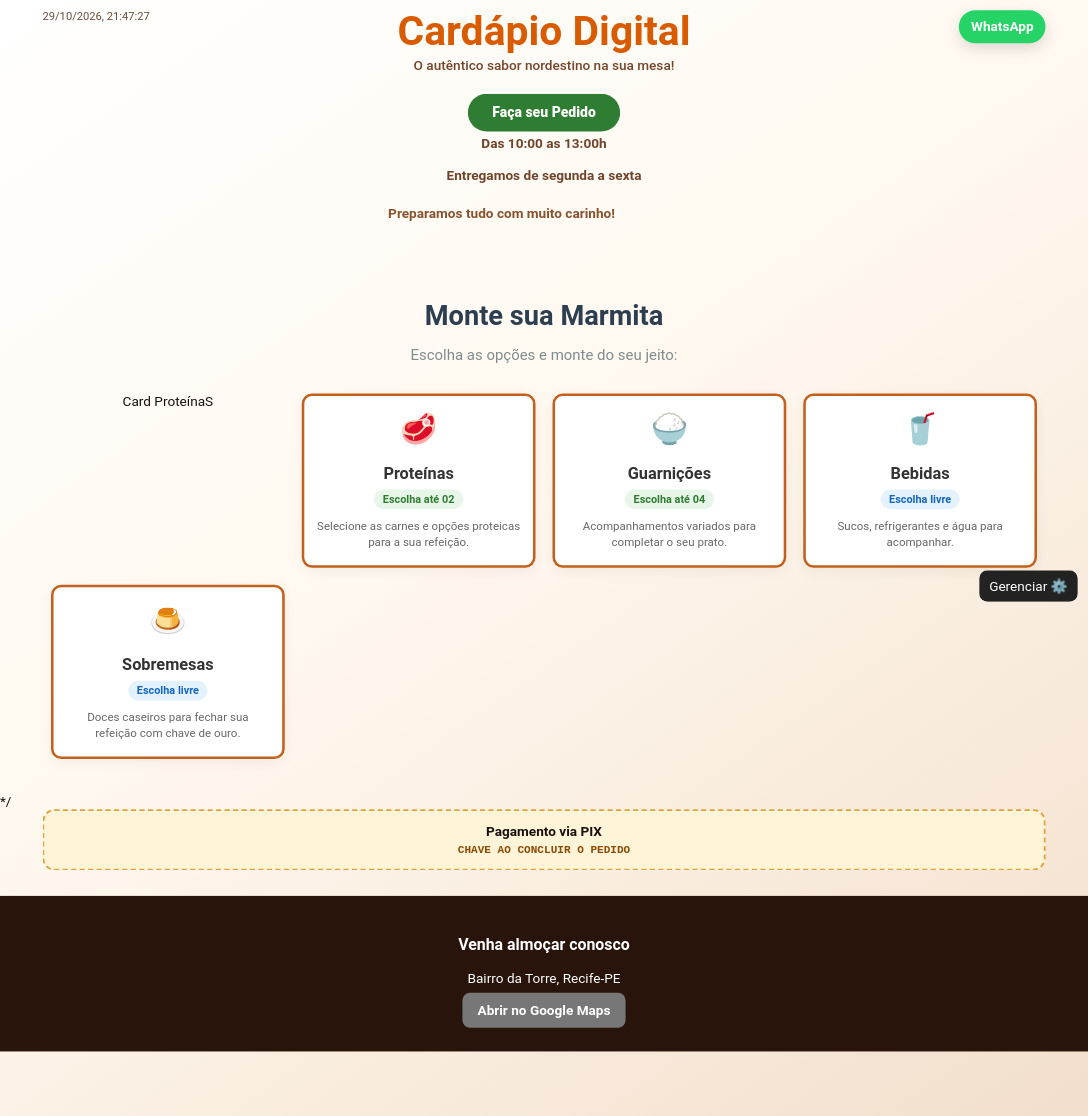
Repository: JeffRodFer/sd-copy-01-frontend
Page: index.html
The author's editor kept a copy of each file at every save. The page is drawn from the files as they stood at one save, then again after the next save.
The browser window is 1280 px wide. The pictures show the whole page, at 85% of full size.
The page's requests for data from a server got no answer.

Above is the page before, as saved 2026-10-31 11:43:27.

After the next save:
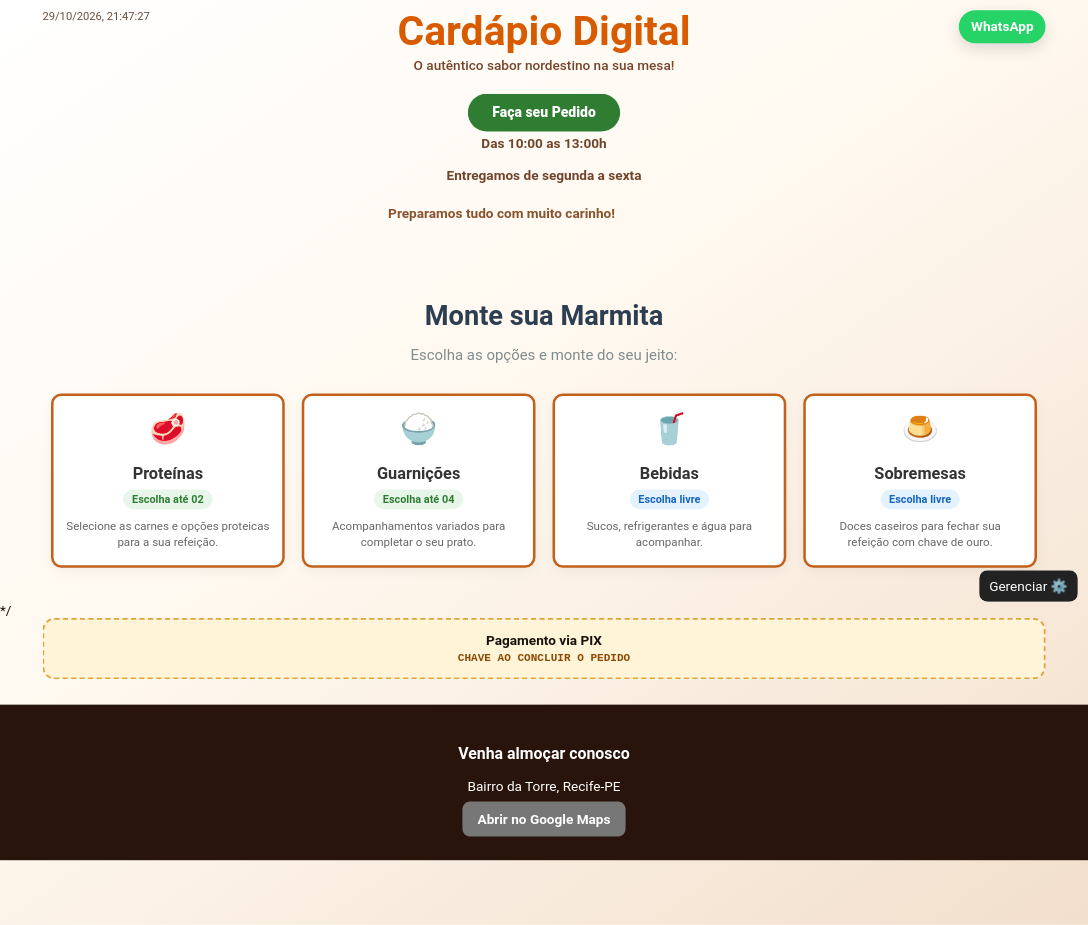
Saved 4 s later.
--- a/index.html
+++ b/index.html
@@ -62,7 +62,7 @@
     <p class="subtitle">Escolha as opções e monte do seu jeito:</p>
 
     <div class="categories-grid">
-     <!----> Card ProteínaS
+     <!---->
       <div class="category-card">
         <div class="category-icon">🥩</div>
         <h3>Proteínas</h3>
